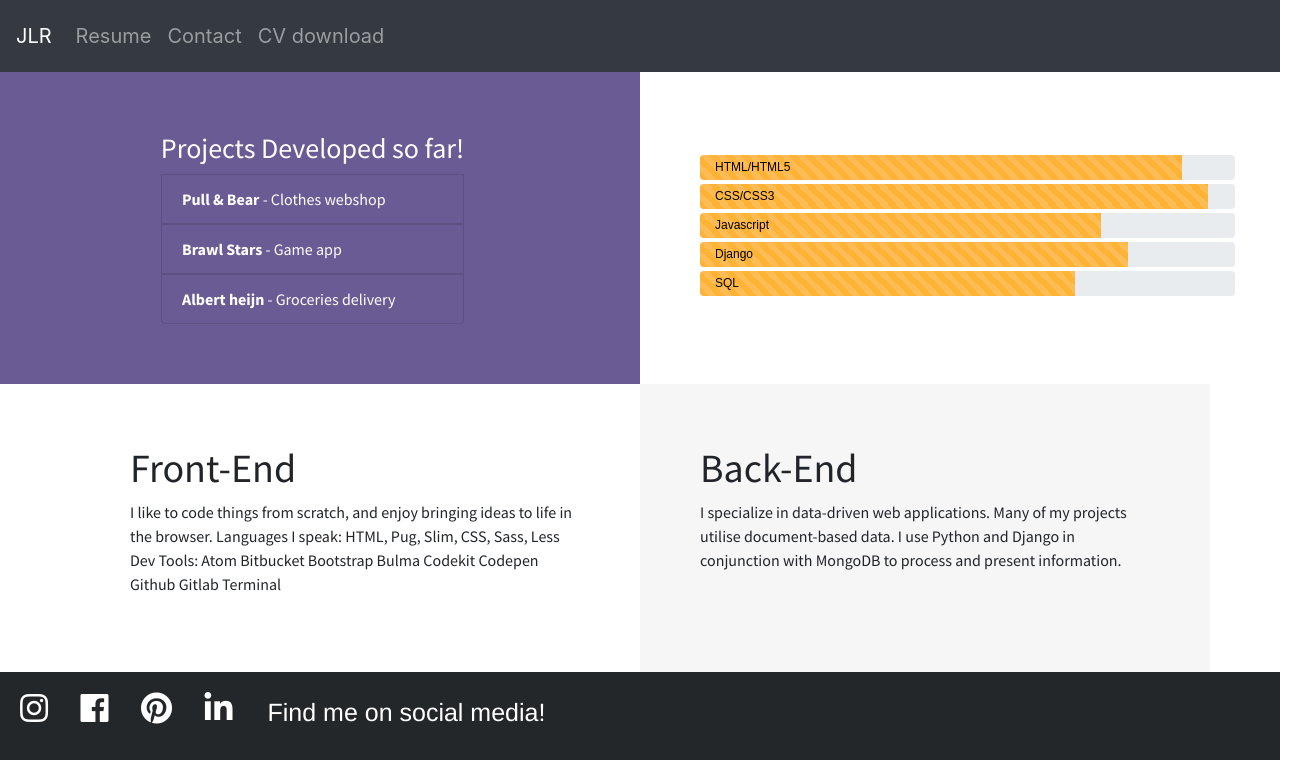
Repository: Kawaiisaki/Portfolio-site
Page: resume.html
The author's editor kept a record of every edit. The page is drawn from the files as they stood at one moment, then again after the next edit.
The browser window is 1280 px wide. The page is 1295 px wide, so the pictures cover 1295 px, including what lies to the right of the window. The pictures show the whole page.
Some web libraries are served in a nearby version.

Above is the page before.

### resume.html
<!DOCTYPE html>
<html lang="en">

<head>
    <meta charset="UTF-8">
    <meta name="viewport" content="width=device-width, initial-scale=1.0">
    <meta http-equiv="X-UA-Compatible" content="ie=edge">
    <link rel="stylesheet" href="https://maxcdn.bootstrapcdn.com/bootstrap/4.2.1/css/bootstrap.min.css" type="text/css" />
    <link rel="stylesheet" href="https://use.fontawesome.com/releases/v5.0.10/css/all.css" integrity="sha384-+d0P83n9kaQMCwj8F4RJB66tzIwOKmrdb46+porD/OvrJ+37WqIM7UoBtwHO6Nlg" crossorigin="anonymous">
    <link rel="stylesheet" href="https://cdnjs.cloudflare.com/ajax/libs/hover.css/2.3.1/css/hover-min.css" type="text/css" />
    <link rel="stylesheet" href="assets/css/style.css" type="text/css" />
    <title>Resume</title>
</head>

<body>
    <header>

        <nav class="navbar sticky-top navbar-expand-lg navbar-dark bg-dark">
            <a class="navbar-brand" href="index.html">JLR</a>
            <button class="navbar-toggler" type="button" data-toggle="collapse" data-target="#navbarSupportedContent" aria-controls="navbarSupportedContent" aria-expanded="false" aria-label="Toggle navigation">
    <span class="navbar-toggler-icon"></span>
  </button>

            <div class="collapse navbar-collapse" id="navbarSupportedContent">
                <ul class="navbar-nav navbar-brand mr-auto">
                    <li class="nav-item">
                        <a class="nav-link" href="resume.html">Resume</a>
                    </li>
                    <li class="nav-item">
                        <a class="nav-link" href="contact.html">Contact</a>
                    </li>
                    <li class="nav-item">
                        <a class="nav-link" href="#">CV download</a>
                    </li>
                </ul>
            </div>
        </nav>
    </header>
    <section>
        <div class="container-fluid">
            <div class="row">
                <div class="col projects">
                    <h3 class="text-center">Projects Developed so far!</h3>
                    <div class="container project-list">
                        <a class="list-group list-group-flush">
                            <a href="https://www.pullandbear.com/" target="_blank" class="list-group-item project-item"><strong>Pull & Bear</strong> - Clothes webshop</a>
                        <a href="https://play.google.com/store/apps/details?id=com.supercell.brawlstars&gl=NL" target="_blank" class="list-group-item project-item"><strong>Brawl Stars</strong> - Game app</a>
                        <a href="https://www.ah.nl/?gclid=CjwKCAiAqqTuBRBAEiwA7B66hWiQgrnYQJU3PeLNCPiqaegNcN4MoA1vTRGlp7dA6K88ZnaGVRotXBoCbbMQAvD_BwE&gclsrc=aw.ds" target="_blank" class="list-group-item project-item"><strong>Albert heijn</strong> - Groceries delivery</a>
                        </ul>
                    </div>
                </div>
                <div class="col bar-skills">
                    <div class="progress">
                        <div class="progress-bar progress-bar-striped" role="progressbar" style="width: 90%" aria-valuenow="90" aria-valuemin="0" aria-valuemax="100"></div>
                        <span class="progres-skill">HTML/HTML5</span>
                    </div>
                    <div class="progress">
                        <div class="progress-bar progress-bar-striped" role="progressbar" style="width: 95%" aria-valuenow="95" aria-valuemin="0" aria-valuemax="100"></div>
                        <span class="progres-skill">CSS/CSS3</span>
                    </div>
                    <div class="progress">
                        <div class="progress-bar progress-bar-striped" role="progressbar" style="width: 75%" aria-valuenow="75" aria-valuemin="0" aria-valuemax="100"></div>

                        <span class="progres-skill">Javascript</span></div>
                    <div class="progress">
                        <div class="progress-bar progress-bar-striped" role="progressbar" style="width: 80%" aria-valuenow="80" aria-valuemin="0" aria-valuemax="100"></div>
                        <span class="progres-skill">Django</span>
                    </div>
                    <div class="progress">
                        <div class="progress-bar progress-bar-striped" role="progressbar" style="width: 70%" aria-valuenow="70" aria-valuemin="0" aria-valuemax="100"></div>
                        <span class="progres-skill">SQL</span>
                    </div>
                </div>
            </div>
        </div>
    </section>
    <section>
        <div class="container">
            <div class="row">
                <div class="col front-end">
                    <h1>Front-End</h1>
                    <p>I like to code things from scratch, and enjoy bringing ideas to life in the browser. Languages I speak: HTML, Pug, Slim, CSS, Sass, Less Dev Tools: Atom Bitbucket Bootstrap Bulma Codekit Codepen Github Gitlab Terminal
                    </p>
                </div>
                <div class="col back-end">
                    <h1>Back-End</h1>
                    <p>I specialize in data-driven web applications. Many of my projects utilise document-based data. I use Python and Django in conjunction with MongoDB to process and present information.</p>
                </div>
            </div>
    </section>
    <footer>
        <div class="container-fluid social-icons">
            <div class="row no-gutters ">
                <div class="col-md-auto">
                    <ul class="list-inline social-media-icons">
                        <li class="list-inline-item">
                            <a target="_blank" href="https://www.instagram.com/thekawaiisaki/">
                                <i class="fab fa-instagram fa-2x" aria-hidden="true"></i>
                                <span class="sr-only">Instagram</span>
                            </a>
                        </li>
                        <li class="list-inline-item">
                            <a target="_blank" href="https://www.facebook.com/joellojedorosso">
                                <i class="fab fa-facebook fa-2x"  aria-hidden="true"></i>
                                <span class="sr-only">Facebook</span>
                            </a>
                        </li>
                        <li class="list-inline-item">
                            <a target="_blank" href="https://nl.pinterest.com/jlojedorosso/">
                                <i class="fab fa-pinterest fa-2x" aria-hidden="true"></i>
                                <span class="sr-only">Pinterest</span>
                            </a>
                        </li>
                        <li class="list-inline-item">
                            <a target="_blank" href="https://www.linkedin.com/in/joellojedorosso/">
                                <i class="fab fa-linkedin-in fa-2x" aria-hidden="true"></i>
                                <span class="sr-only">Instagram</span>
                            </a>
                        </li>
                    </ul>
                </div>
                <div class="col">
                    <div>
                        <h3 class="social-text">Find me on social media!</h3>
                    </div>
                </div>
            </div>
        </div>
    </footer>
</body>

</html>

### assets/css/style.css
@import url('https://fonts.googleapis.com/css?family=Source+Sans+Pro:100,200,300,400,500,600,700,800,900&display=swap');

.container-fluid {
  padding-left: 0;
  padding-right: 0;
}

/*---------------------------------------Callout*/

.callout-container {
  height: 88vh;

  background: url('../images/joelgrey.jpg') no-repeat center center fixed;
  -webkit-background-size: cover;
  -moz-background-size: cover;
  -o-background-size: cover;
  background-size: cover;

  display: flex;
  align-items: center;
  justify-content: center;

  position: relative;
}

.transparant-overlay {
  position: absolute;
  top: 0;
  left: 0;
  width: 100%;
  height: 100%;
  background-color: rgba(0, 0, 0, 0.4)
}

.jumbotron {
  background-color: transparent;
}

.name {
  font-family: "Source Sans Pro", sans-serif;
  color: white;
  font-weight: 400;
  margin-bottom: 10px;
  text-shadow: 2px 2px rgba(0, 0, 0, 0.5);
}

.lead {
  color: #ffffff;
  margin: 10px;
  text-decoration: overline;
  text-shadow: 2px 2px rgba(0, 0, 0, 0.5);
}

.fa-code {
  color: #fff;
  text-shadow: 2px 2px rgba(0, 0, 0, 0.5);
}

/*---------------------------------------About-Personal-*/

.about-container {
  height: 50vh;

  background: url('../images/laptop.jpg') no-repeat center center fixed;
  -webkit-background-size: cover;
  -moz-background-size: cover;
  -o-background-size: cover;
  background-size: cover;

  display: flex;
  align-items: center;
  justify-content: center;

  position: relative;
}

.subtitle {
  margin-left: 30px;
  font-family: "helvetica", sans-serif;
  font-weight: 200;
}

.key {
  font-family: "Source Sans Pro", sans-serif;
  padding-left: 30px;
  display: inline-block;
  font-size: 20px;
  width: 33%;
  vertical-align: top;
}

.value {
  display: inline-block;
  font-size: 15px;
  width: 33%;
}

.personal-info {
  padding: 20px;
  background-color: #feb236;
  display: block;
  clear: both;
}


.introduction {
  padding: 20px;
  background-color: #fff;
}

.introduction p {
  margin-left: 30px;
}

.about-me {
  font-family: "Source Sans Pro", sans-serif;
  margin-left: 30px;
}

.fa-user,
.fa-address-card {
  padding-left: 20px;
}

.fa-user {
  color: #feb236;
}

.introduction a {
  margin-left: 30px;
}

/*---------------------------------------Footer*/

.social-text {
  color: #fff;
  font-family: "Helvetica", sans-serif;
  font-weight: 400;
  font-size: 25px;
  padding-top: 15px;
  padding-left: 25px;
}

footer {
  background-color: #24272a;
  min-height: 50px;
  padding: 10px;
}

.social-media-icons li i {
  color: #fff;
  margin: 10px;
}

/*---------------------------------------Additional*/

.uppercase {
  text-transform: uppercase;
}

/*---------------------------------------About page*/

.fa-file-code,
.fa-cogs,
.fa-tasks {
  padding-left: 20px;
}

.white-text {
  color: #fff;
}

/*---------------------------------------About bg colors*/

.what-bg-color {
  background-color: #6b5b95;
}

.how-bg-color {
  background-color: #fff;
}

.why-bg-color {
  background-color: #feb236;
}

/*---------------------------------------Resume page*/

.projects {
  background-color: #6b5b95;
  color: #fff;
  font-family: "Source Sans Pro", sans-serif;
  max-width: 50%;
  padding: 60px;
}

.list-group-item {
  background-color: transparent;
}

.project-item {
  color: #fff;
  text-decoration: none;
  max-width: 60%;
  margin: auto;
}

.project-item:hover {
  text-decoration: none;
  color: #feb236;
}

.front-end,
.back-end {
  font-family: "Source Sans Pro", sans-serif;
  padding: 60px;
}

.back-end {
  background-color: #f6f6f6;
}

.fa-laptop {
  padding-left: 20px;
}

/*---------------------------------------Progress bars*/

.skill-progression {
  font-family: "Source Sans Pro", sans-serif;
}

.progress {
  position: relative;
  margin-bottom: 4px;
  height: 25px;
}

.progres-skill {
  font-family: "Sans Source Pro", sans-serif;
  position: absolute;
  left: 5px;
  font-weight: 400;
  padding: 3px 30px 2px 10px;
  color: #000;
}

.bar-skills {
  margin: auto;
  max-width: 80%;
  padding: 60px;
}

.progress-bar-striped {
  background-color: #feb236;
}

/*---------------------------------------contact page*/

.contact-heading {
  margin: 50px;
}

.contact-title,
.contact-me {
  font-family: "Source Sans Pro", sans-serif;
}

.contact-title {
  font-weight: 200;
}

.btn-primary {
  background-color: #feb236;
  color: #000;
}

button {
  margin: 20px;
}

.form-placement {
  padding-top: 20px;
  max-width: 40%;
  margin: auto;
}

After the next edit:
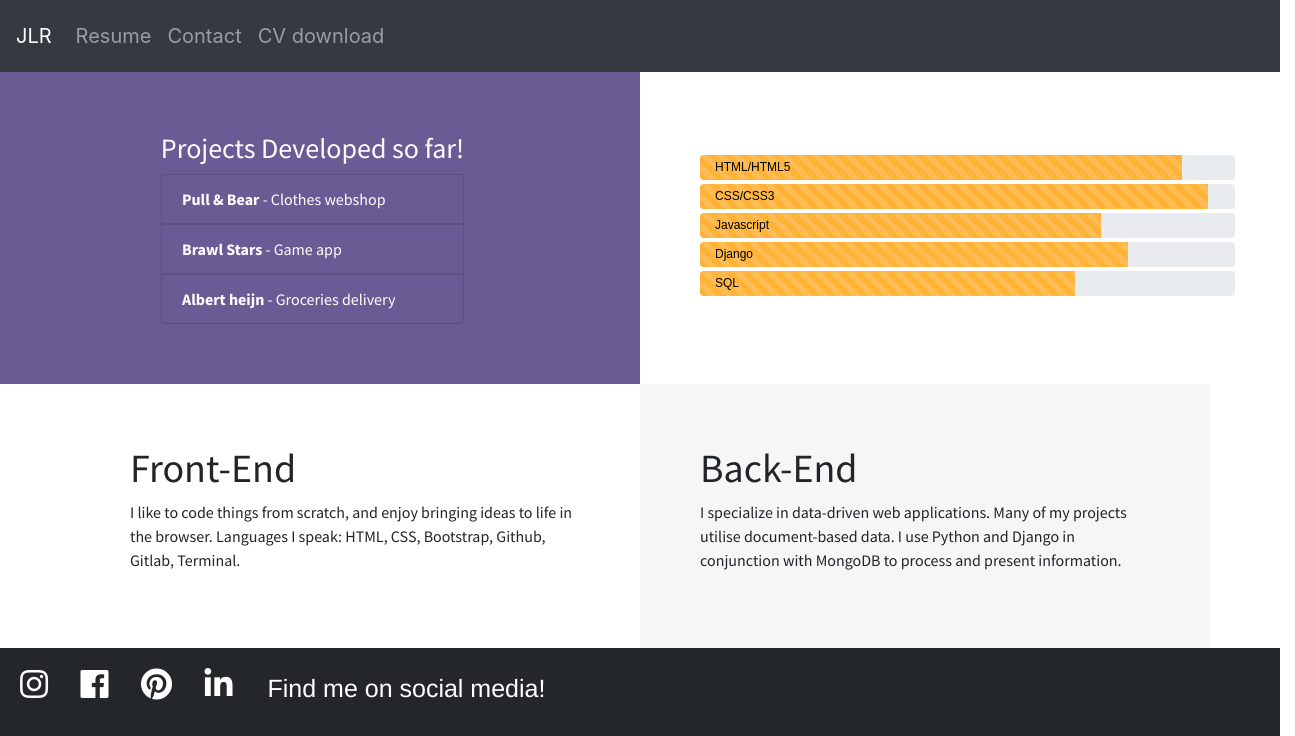
The edit:
--- a/resume.html
+++ b/resume.html
@@ -79,7 +79,7 @@
             <div class="row">
                 <div class="col front-end">
                     <h1>Front-End</h1>
-                    <p>I like to code things from scratch, and enjoy bringing ideas to life in the browser. Languages I speak: HTML, Pug, Slim, CSS, Sass, Less Dev Tools: Atom Bitbucket Bootstrap Bulma Codekit Codepen Github Gitlab Terminal
+                    <p>I like to code things from scratch, and enjoy bringing ideas to life in the browser. Languages I speak: HTML, CSS, Bootstrap, Github, Gitlab, Terminal.
                     </p>
                 </div>
                 <div class="col back-end">
